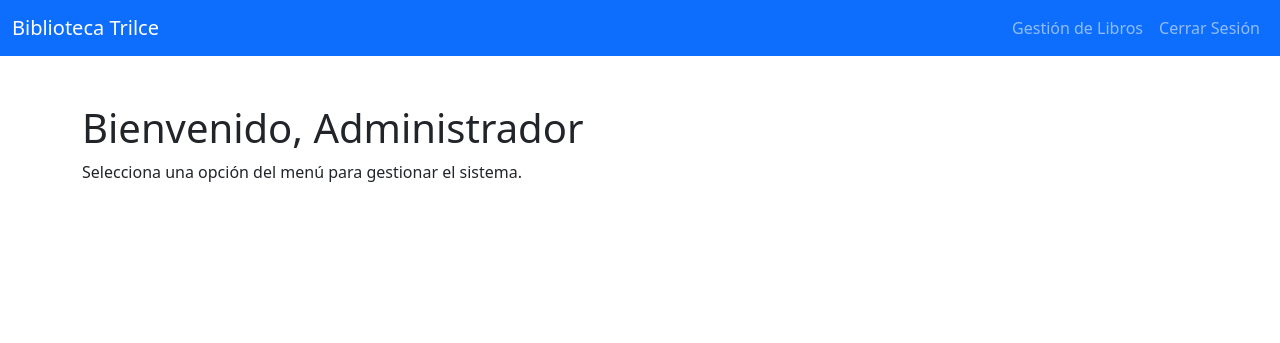
Repository: maycky02/Bibloteca_integrador
Page: http://localhost/admin/dashboard
The author's editor kept a copy of each file at every save. The page is drawn from the files as they stood at one save, then again after the next save.
The browser window is 1280 px wide. The pictures show the whole page.
The page is this project's Thymeleaf template; nobody is signed in. The template is opened directly, without the code that normally fills it, so the values that code supplies are empty.

Above is the page before, as saved 2024-11-28 23:51:54.

After the next save:
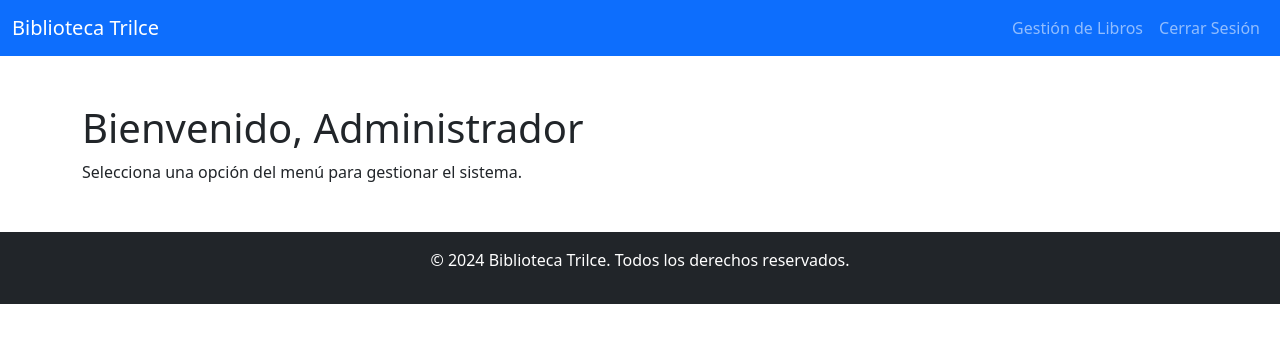
Saved 12 min 41 s later.
--- a/Bibloteca/src/main/resources/templates/admin/dashboard.html
+++ b/Bibloteca/src/main/resources/templates/admin/dashboard.html
@@ -25,9 +25,16 @@
             </div>
         </div>
     </nav>
+
     <div class="container mt-5">
         <h1>Bienvenido, Administrador</h1>
         <p>Selecciona una opción del menú para gestionar el sistema.</p>
     </div>
+
+    <footer class="bg-dark text-white text-center py-3 mt-5">
+        <p>&copy; 2024 Biblioteca Trilce. Todos los derechos reservados.</p>
+    </footer>
+
+    <script src="https://cdn.jsdelivr.net/npm/bootstrap@5.3.0/dist/js/bootstrap.bundle.min.js"></script>
 </body>
 </html>
